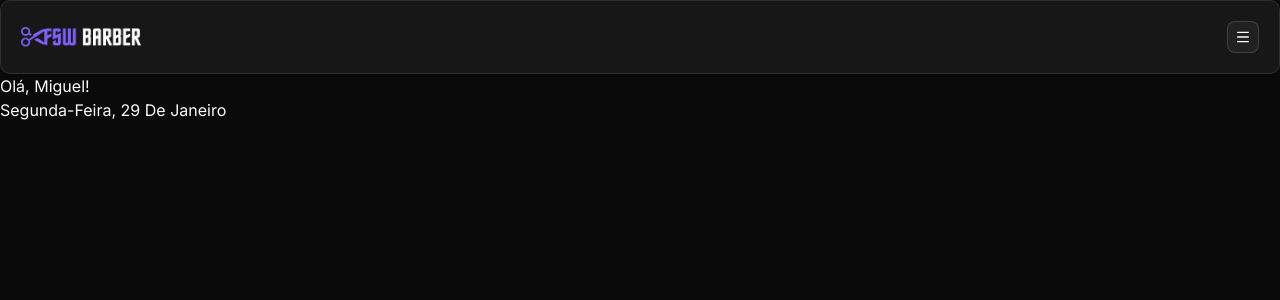
Repository: PaulinhoMachadooo/Barber
Page: /
These files come from the project's save history. The page is drawn as it stood at one moment and after the next save; the edit follows.
The browser window is 1280 px wide. The pictures show the whole page.
The project was rebuilt for these pictures with package versions that can differ from the ones it lists, and the page was loaded fresh each time. The framework's server and built-in components were replaced by stand-ins that run in the browser. Also part of the build but not shown: next.config.ts.

Above is the page before, as saved 2025-04-08 21:00:00.

After the next save:
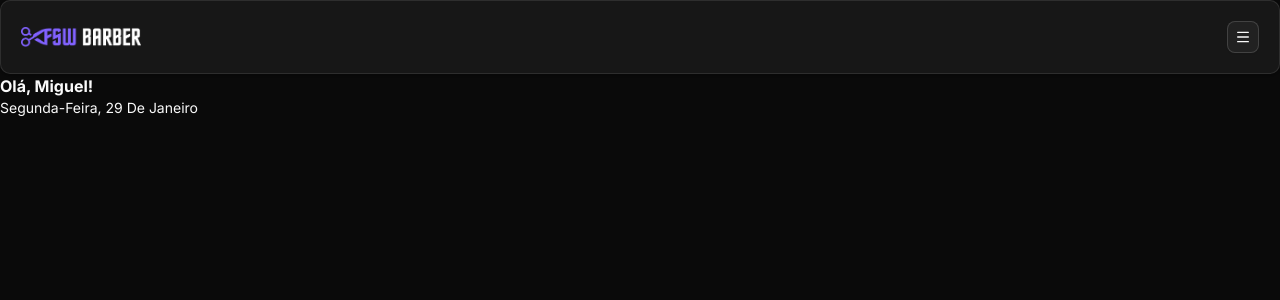
Saved 2 min 12 s later.
--- a/app/(home)/page.tsx
+++ b/app/(home)/page.tsx
@@ -9,8 +9,8 @@ export default function Home() {
     <div>
       <Header />
 
-      <h2>Olá, Miguel!</h2>
-      <p className="capitalize">
+      <h2 className="tex-xl font-bold">Olá, Miguel!</h2>
+      <p className="capitalize text-sm">
         {format(new Date(), "EEEE',' dd 'de' MMMM", {
             locale: ptBR,
         })}</p>
